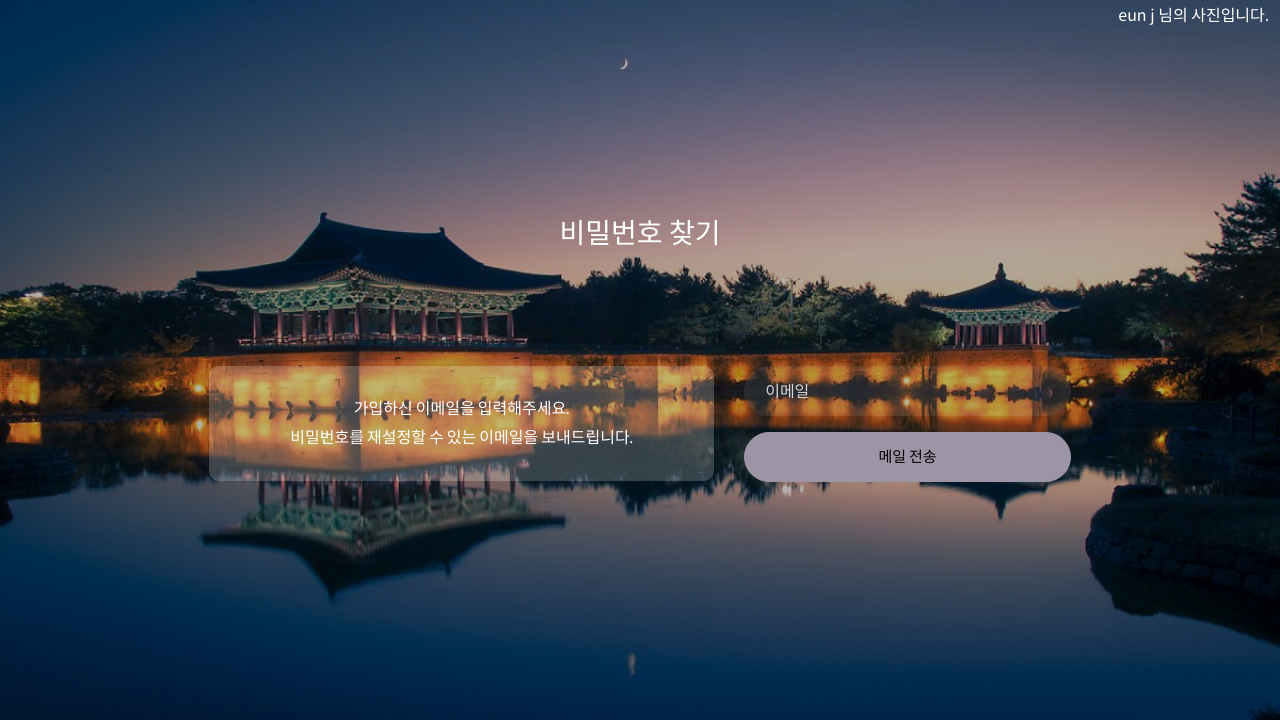
Repository: jangseohyun/LEGGO_2021
Page: http://localhost/PrjApp/FindPw.jsp
These files come from the project's save history. The page is drawn as it stood at one moment and after the next save; the edit follows.
The browser window is 1280 px wide. The pictures show the whole page.
The page is served by Tomcat 9.

Above is the page before, as saved 2021-06-26 12:09:44.

After the next save:
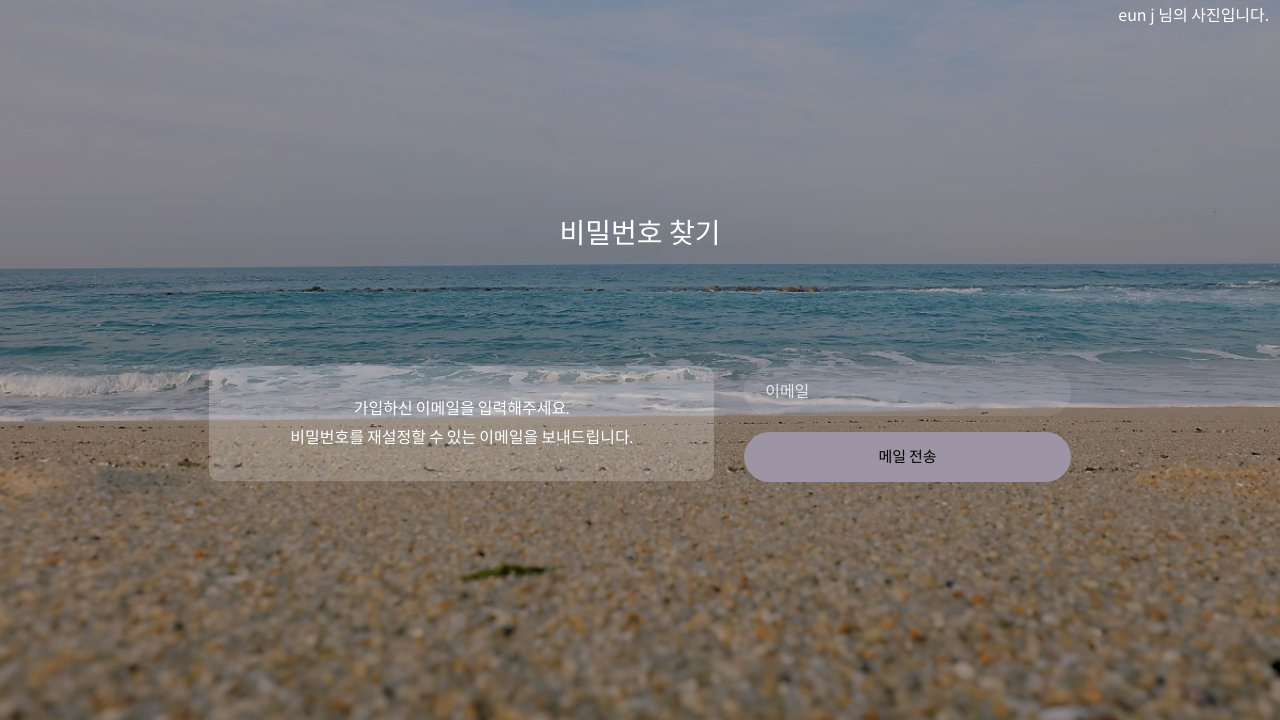
Saved 96 s later.
--- a/PrjApp/WebContent/FindPw.jsp
+++ b/PrjApp/WebContent/FindPw.jsp
@@ -26,7 +26,7 @@
 <link rel="stylesheet" href="css/style.css">
 
 </head>
-<body class="img js-fullheight" style="background-image: url(images/gyeongju.jpg);">
+<body class="img js-fullheight" style="background-image: url(images/gangneung.jpg);">
 <p class="userimg">eun j 님의 사진입니다.&nbsp;&nbsp;&nbsp;</p>
 <section class="ftco2-section">
 		<div class="container" style="padding: 50px;">
